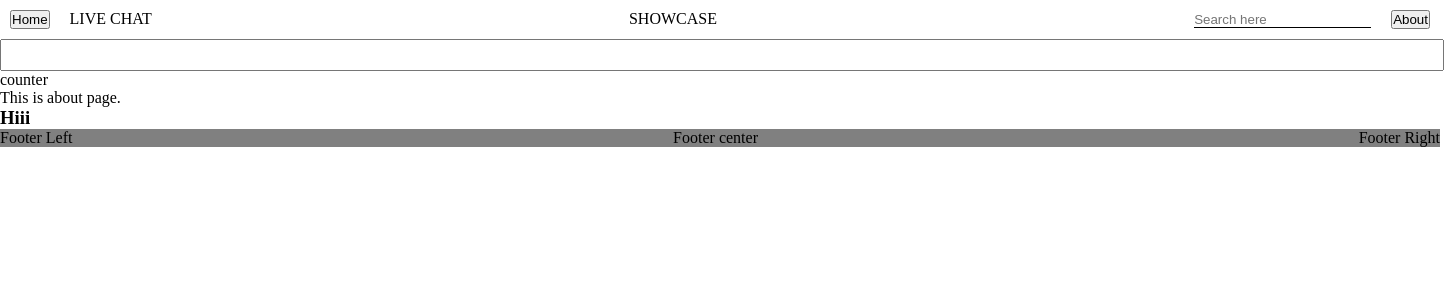
Repository: kapskadiya/ReactJS-NextJs-ExpressJs
Page: /about
The author's editor kept a copy of each file at every save. The page is drawn from the files as they stood at one save, then again after the next save.
The browser window is 1280 px wide. The page is 1444 px wide, so the pictures cover 1444 px, including what lies to the right of the window. The pictures show the whole page.
The project was rebuilt for these pictures with package versions that can differ from the ones it lists, and the page was loaded fresh each time. The framework's server and built-in components were replaced by stand-ins that run in the browser. Also part of the build but not shown: next.config.js, components/SideBar.js, components/Main.js, components/MyContext.js, components/Child.js, components/Parent.js.

Above is the page before, as saved 2019-05-29 13:14:11.

After the next save:
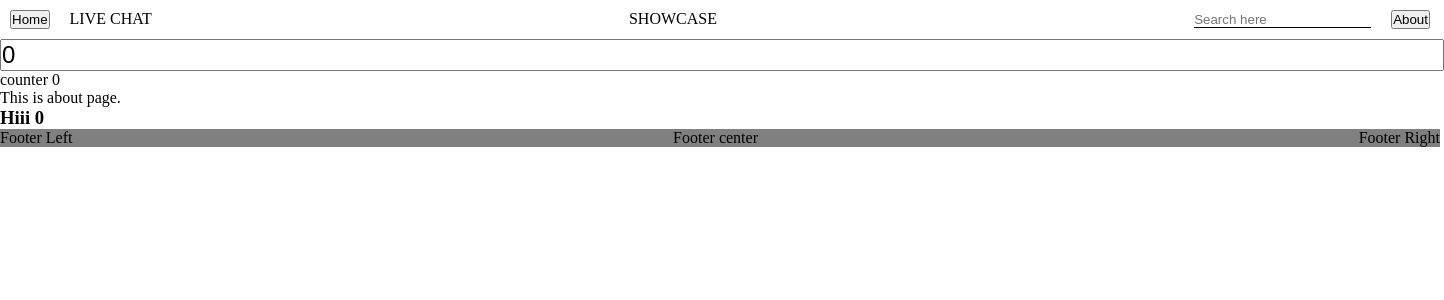
Saved 6 min 27 s later.
--- a/components/Context.js
+++ b/components/Context.js
@@ -6,7 +6,7 @@ export default class ContextProvider extends Component {
     constructor(props) {
         super(props)
         this.state = {
-            count: "",
+            count: 0,
             getData : ({value}) => this.setState({count:value})
         }
     }
